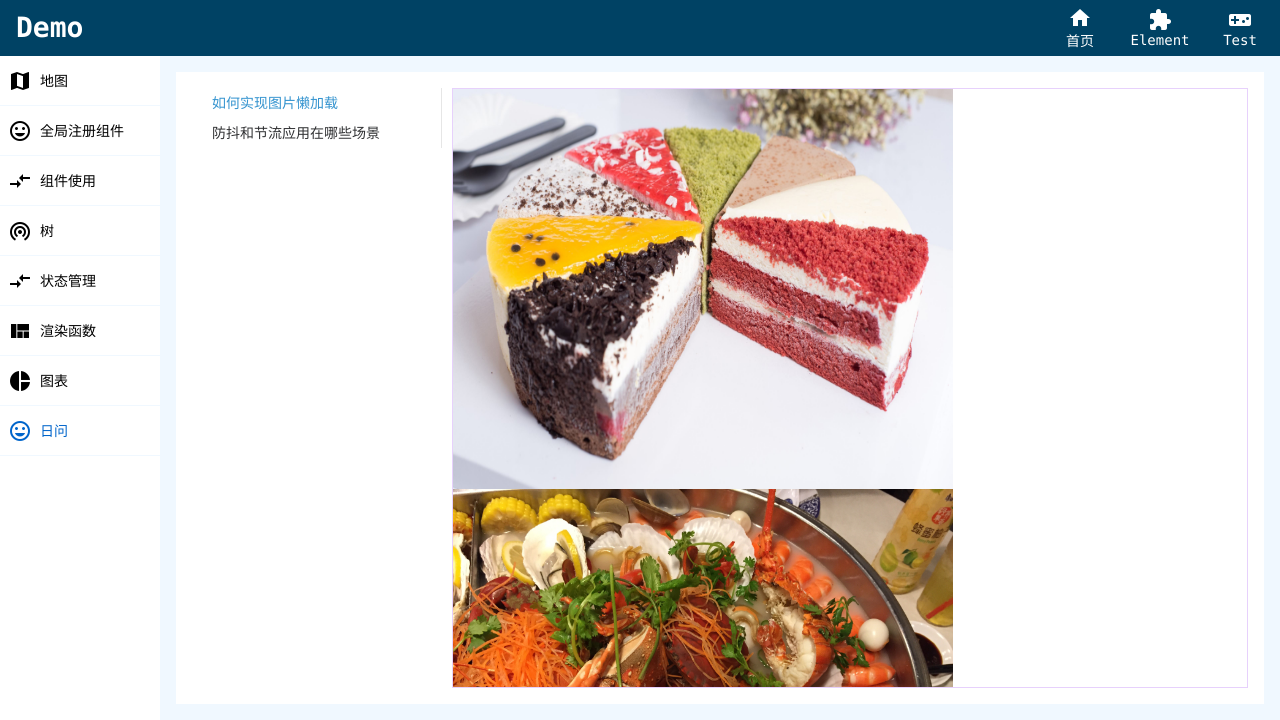
Repository: zh-webliker/element-vue
Page: /lazyLoadingInmg
An editor plug-in stored every save of this project. The page is shown before and after the next save, followed by the edit.
The browser window is 1280 px wide. The pictures show the whole page.
An inner scrolling area shows only its first screen. The project was rebuilt for these pictures with package versions that can differ from the ones it lists, and the page was loaded fresh each time. Also part of the build but not shown: vue.config.js, src/components/baseComponts/Basebutton.vue, src/components/baseComponts/Basetitle.vue. Imported but missing from the stored project, and not drawn on this page: src/json/contour, src/json/hl.

Above is the page before, as saved 2020-10-09 17:18:21.

After the next save:
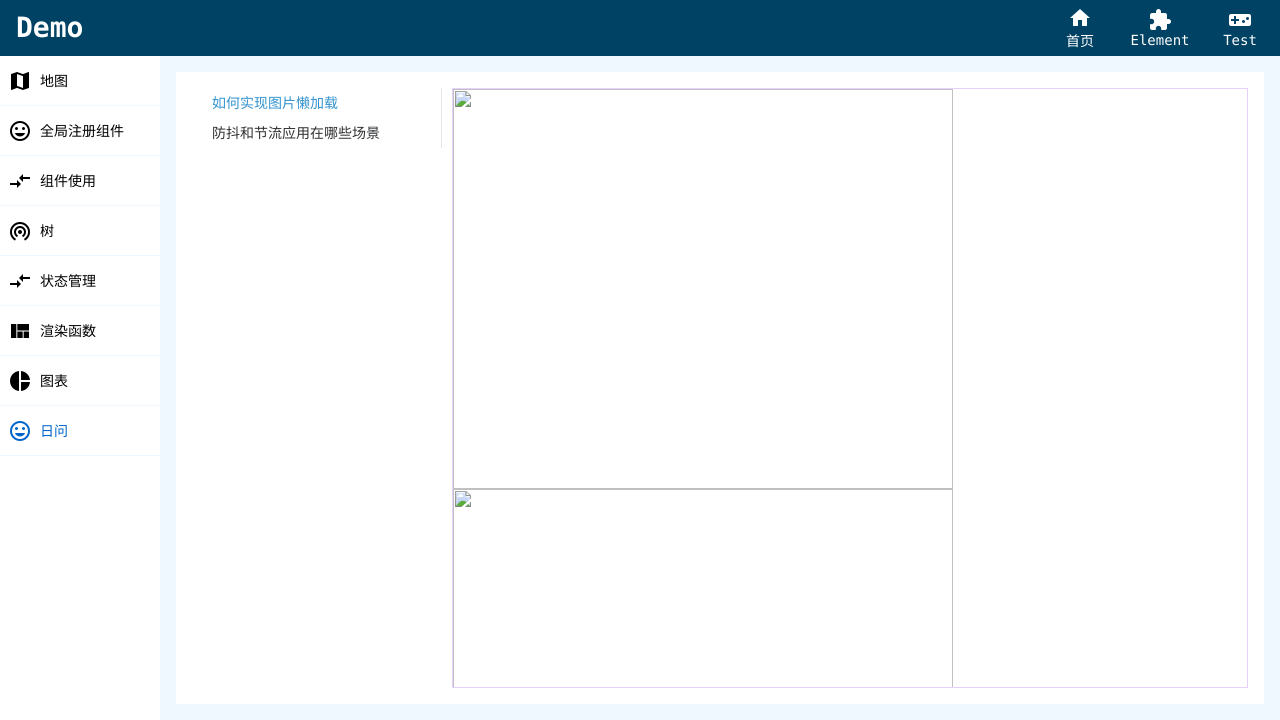
Saved 60 s later.
--- a/src/components/dailyQuestion/lazyLoadingInmg.vue
+++ b/src/components/dailyQuestion/lazyLoadingInmg.vue
@@ -3,7 +3,7 @@
     <el-scrollbar style="height: 100%;" ref="scrollbar">
       <div class="father" ref="father">
         <div v-for="(i, index) in imgArray" :key="index" class="imgbox">
-          <img :src="i.url" :data-src='i.url'>
+          <img src="" :data-src='i.url'>
         </div>
       </div>
     </el-scrollbar>
